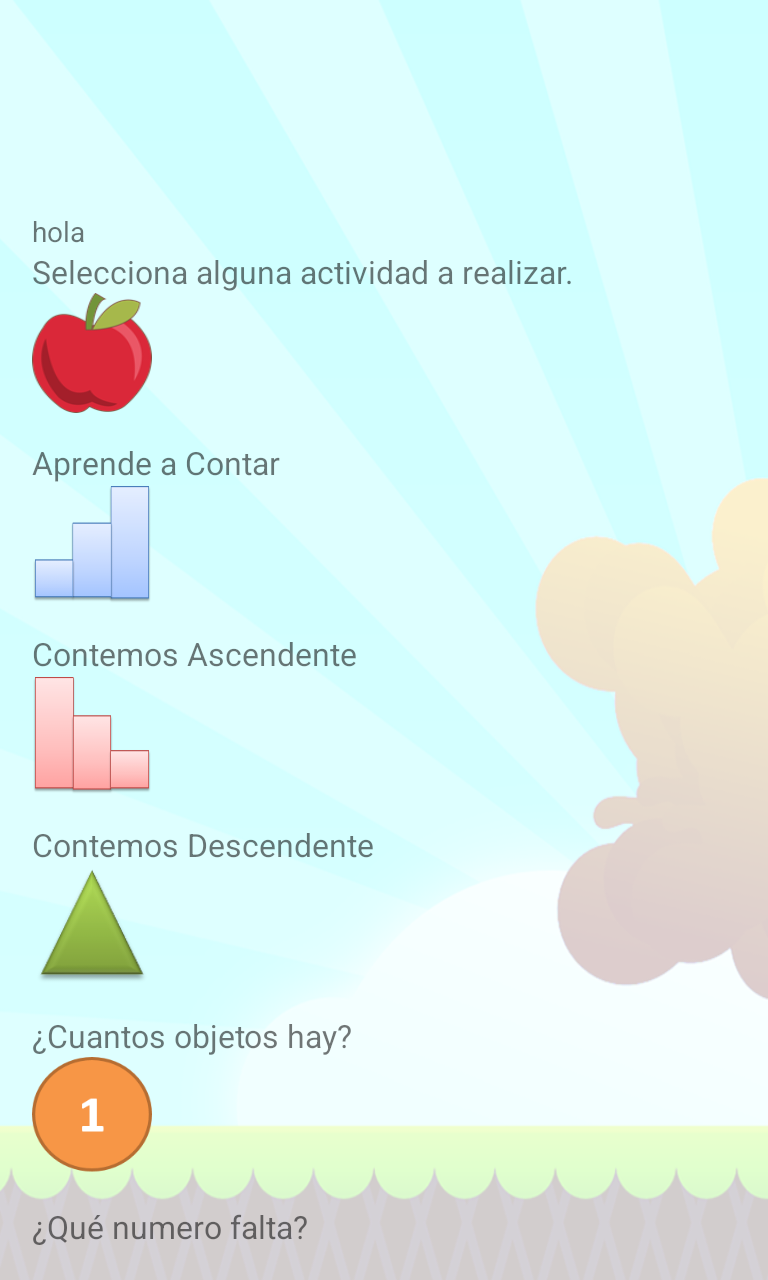
Repository: AntonioloNeviani/ProyectoDeInvestigacion_Android
Layout: FiliiStude/res/layout/activity_indice.xml
The author's editor kept a copy of each file at every save. The layout is drawn from the files as they stood at one save, then again after the next save.
It is drawn on a 768 x 1280 px phone screen (xhdpi) without system bars, with theme AppTheme; the app's code is not run.

Above is the layout before, as saved 2015-05-26 21:29:32.

After the next save:
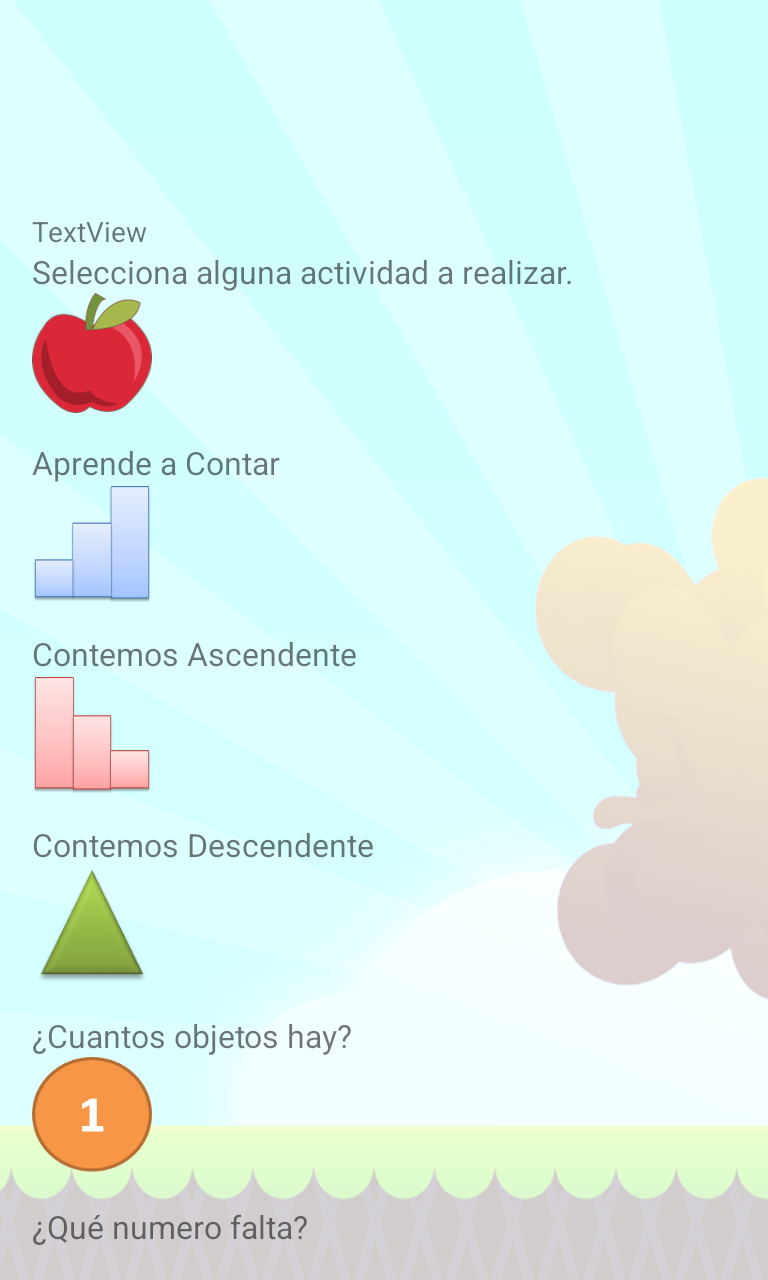
Saved 14 s later.
--- a/FiliiStude/res/layout/activity_indice.xml
+++ b/FiliiStude/res/layout/activity_indice.xml
@@ -27,7 +27,7 @@
                 android:id="@+id/textView6"
                 android:layout_width="wrap_content"
                 android:layout_height="wrap_content"
-                android:text="hola" />
+                android:text="TextView" />
 
             <TextView
                 android:layout_width="wrap_content"
